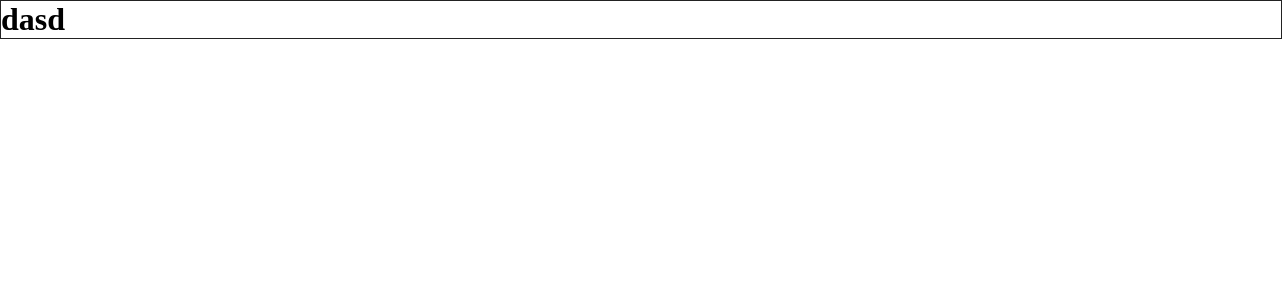
Repository: dongwoon1/cal
Page: http://localhost/calDWC/
An editor plug-in stored every save of this project. The page is shown before and after the next save, followed by the edit.
The browser window is 1280 px wide. The page is 1282 px wide, so the pictures cover 1282 px, including what lies to the right of the window. The pictures show the whole page.
The page is served by Tomcat 9.

Above is the page before, as saved 2025-03-18 22:28:49.

### calProject/calDWC/src/main/webapp/index.jsp
<%@ page language="java" contentType="text/html; charset=UTF-8"
    pageEncoding="UTF-8"%>
<!DOCTYPE html>
<html>

	<head>
		<meta charset="UTF-8">
		<title>バイバイハンバイ</title>
		<link href="${pageContext.request.contextPath}/css/main.css" rel="stylesheet">
	</head>

	<body>
		<header></header>
		<h1>dasd</h1>

		<script href="${pageContext.request.contextPath}/js/fonts.js"></script>
	</body>

</html>

### calProject/calDWC/src/main/webapp/css/main.css
@charset "UTF-8";

*{
	margin:0;
	padding:0;
}

body{
	margin : auto;
	width: 100%;
	height:;
		border:1px solid #222;
}

After the next save:
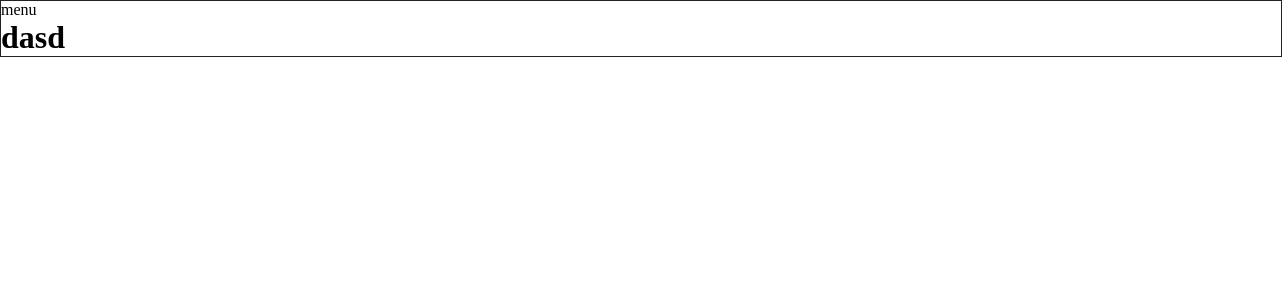
Saved 41 s later.
--- a/calProject/calDWC/src/main/webapp/index.jsp
+++ b/calProject/calDWC/src/main/webapp/index.jsp
@@ -10,7 +10,7 @@
 	</head>
 
 	<body>
-		<header></header>
+		<header>menu</header>
 		<h1>dasd</h1>
 
 		<script href="${pageContext.request.contextPath}/js/fonts.js"></script>
